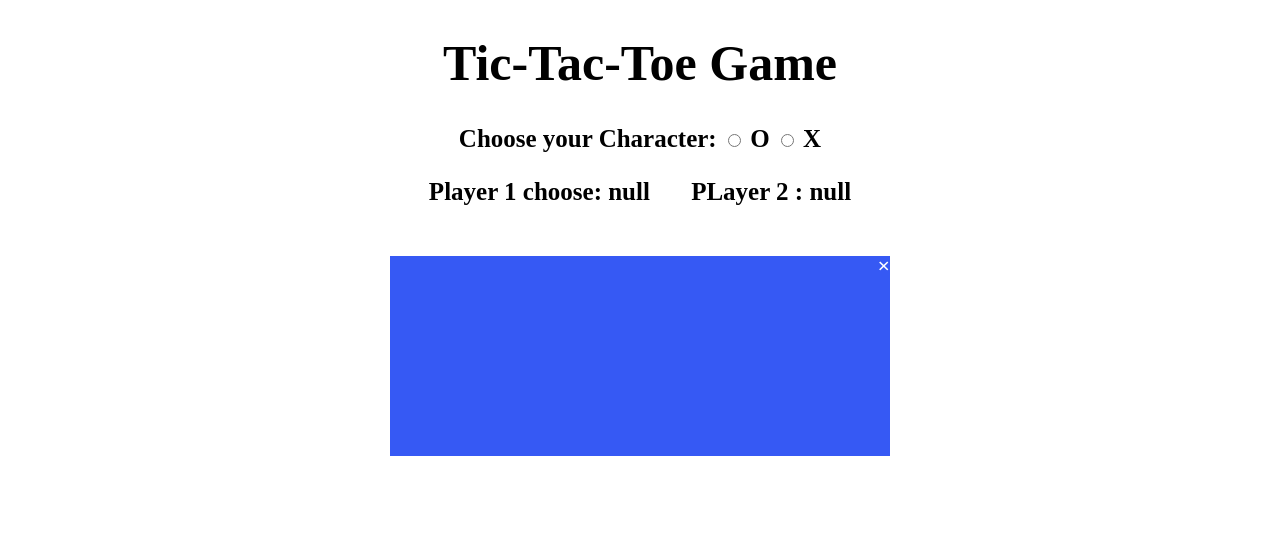
Repository: 0101chaitanya/Tic-Tac-Toe
Page: index.html
These files come from the project's save history. The page is drawn as it stood at one moment and after the next save; the edit follows.
The browser window is 1280 px wide. The pictures show the whole page.

Above is the page before, as saved 2021-06-11 22:56:31.

After the next save:
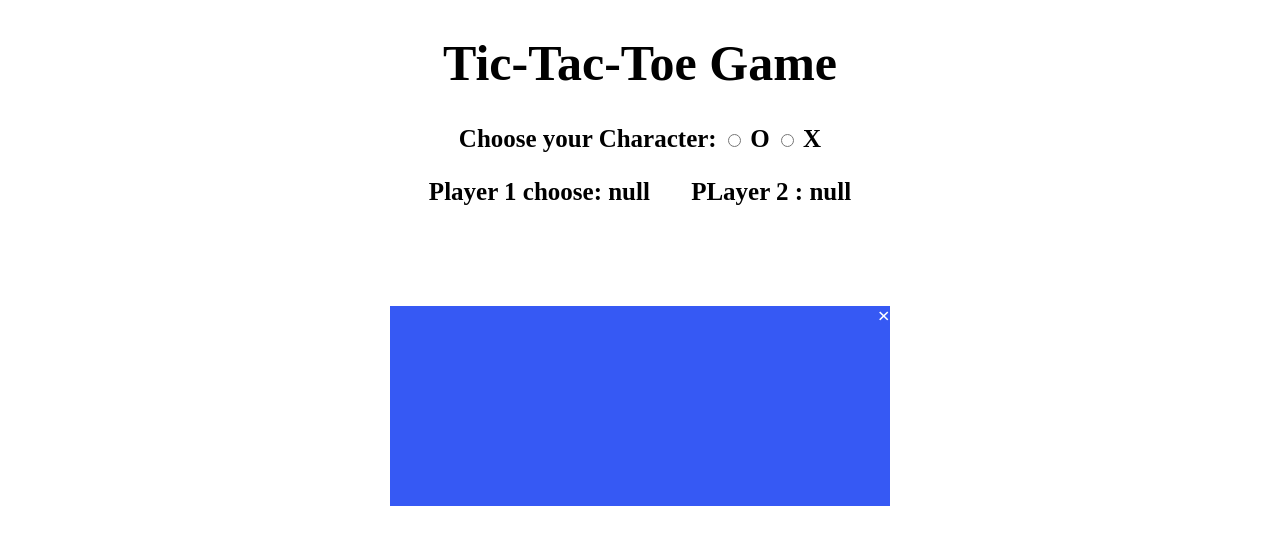
Saved 4 s later.
--- a/styles.css
+++ b/styles.css
@@ -79,7 +79,7 @@ label>input {
     width: 20rem;
     display: block;
    margin: auto ;
-   margin-top:2rem;
+   margin-top:4rem;
     background-color: #3659f4;
     color: white;
     opacity: 1;
